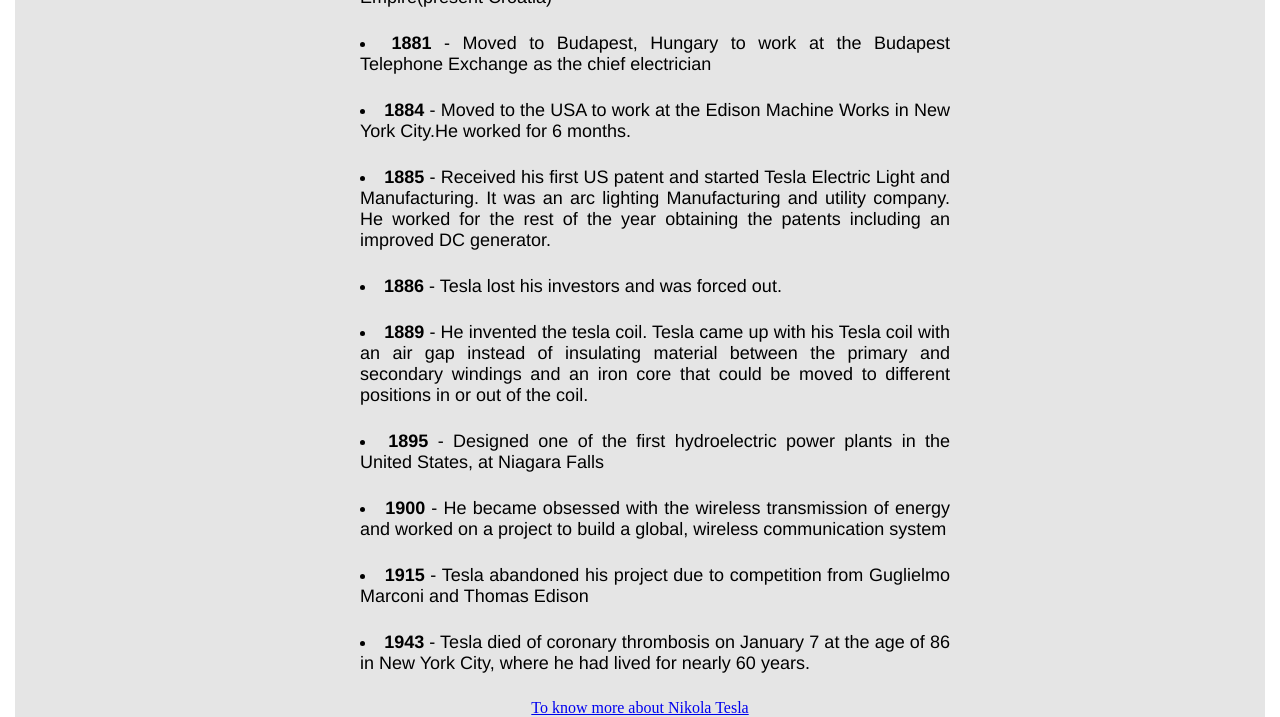
Repository: Avishka217/Tribute-Page
Page: index.html
An editor plug-in stored every save of this project. The page is shown before and after the next save, followed by the edit.
The browser window is 1280 px wide. The pictures show the part of the page from y = 760 to 1712 px (the page is 1477 px tall before and 1712 px after).
A picture or video elsewhere on the page could not be fetched, so the positions and the page height are approximate.

Above is the page before, as saved 2020-03-18 20:00:30.

After the next save:
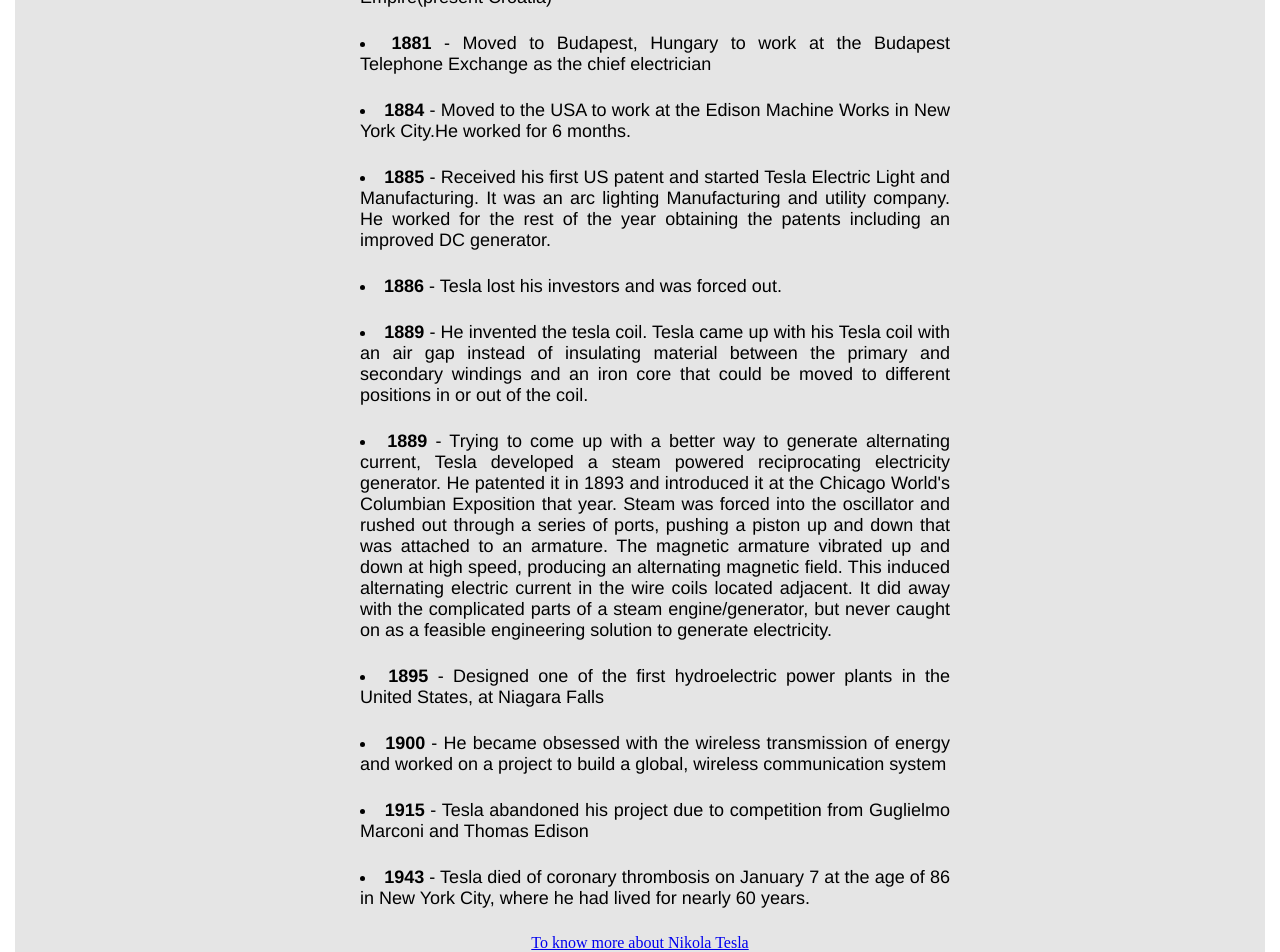
Saved 74 s later.
--- a/index.html
+++ b/index.html
@@ -44,7 +44,19 @@
                 <li><b>1889</b> - He invented the tesla coil. Tesla came up with his Tesla coil with an air gap instead
                     of insulating material between the primary and secondary windings and an iron core that could be
                     moved to different positions in or out of the coil.</li>
-
+                <li><b>1889</b> - Trying to come up with a better way to generate alternating current, Tesla developed a
+                    steam
+                    powered reciprocating electricity generator. He patented it in 1893 and introduced it at the Chicago
+                    World's
+                    Columbian Exposition that year. Steam was forced into the oscillator and rushed out through a series
+                    of ports,
+                    pushing a piston up and down that was attached to an armature. The magnetic armature vibrated up and
+                    down at high speed,
+                    producing an alternating magnetic field. This induced alternating electric current in the wire coils
+                    located adjacent.
+                    It did away with the complicated parts of a steam engine/generator, but never caught on as a
+                    feasible engineering solution
+                    to generate electricity.</li>
                 <li><b>1895</b> - Designed one of the first hydroelectric power plants in the United States, at Niagara
                     Falls</li>
                 <li><b>1900</b> - He became obsessed with the wireless transmission of energy and worked on a project to
